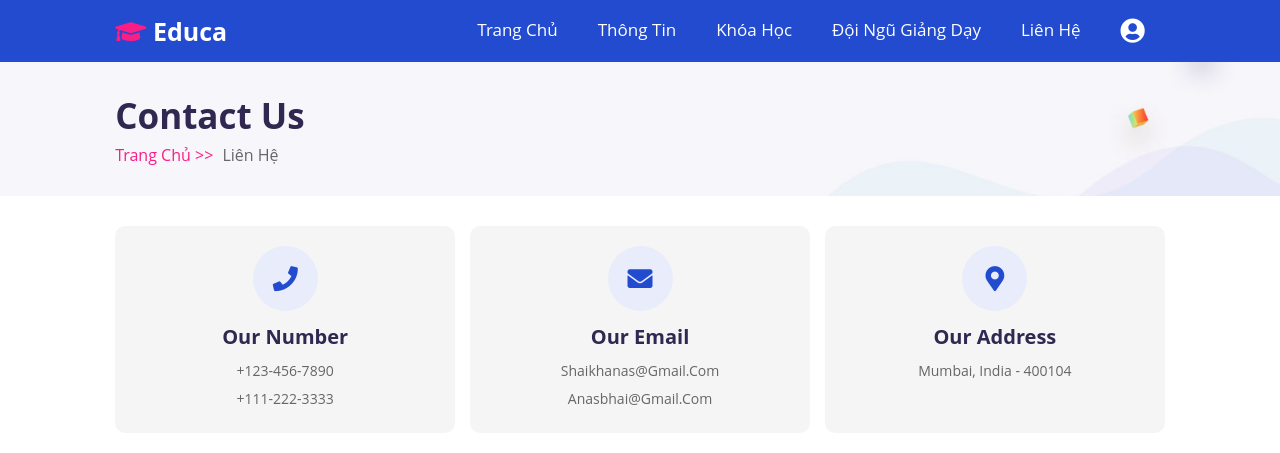
Repository: nhatkhanh022400/Layout
Page: Page-User/contact.html
An editor plug-in stored every save of this project. The page is shown before and after the next save, followed by the edit.
The browser window is 1280 px wide. The pictures show the part of the page from y = 0 to 453 px (the page is 1440 px tall).
Pictures or frames that could not be fetched are drawn as grey boxes.

Above is the page before, as saved 2022-03-22 17:25:17.
Console error: ReferenceError: $ is not defined

After the next save:
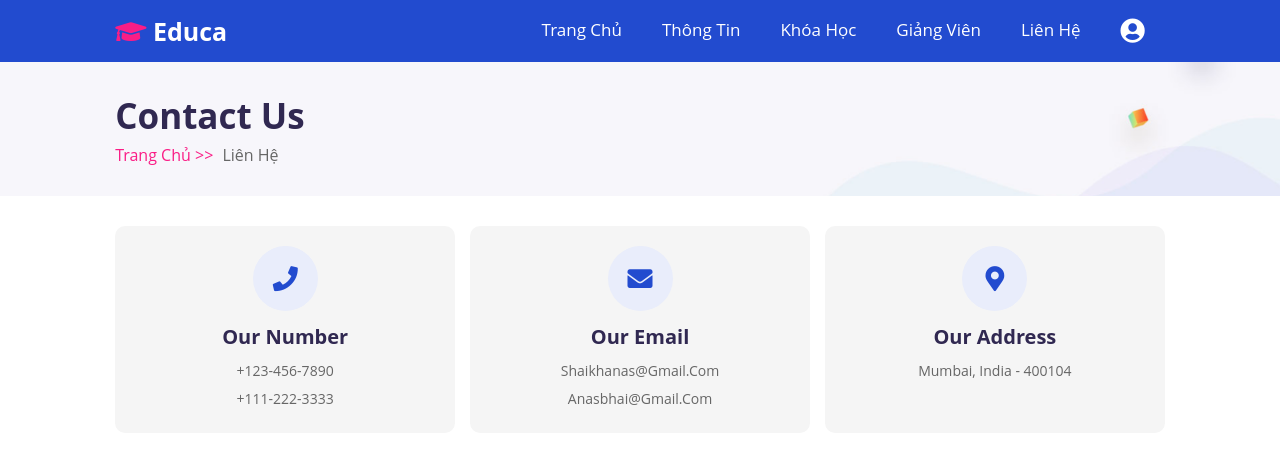
Saved 24 s later.
--- a/Page-User/contact.html
+++ b/Page-User/contact.html
@@ -36,11 +36,9 @@
                 </ul>
             </li>
             <li>
-                <a href="#">Đội Ngũ Giảng Dạy</a>
-                <ul>
-                    <li><a href="blog.html">Giới Thiệu</a></li>
-                    <li><a href="teachers.html">Giảng Viên</a></li>
-                </ul>
+
+                <a href="teachers.html">Giảng Viên</a>
+
             </li>
             <li><a href="contact.html">Liên Hệ</a></li>
             <li>
